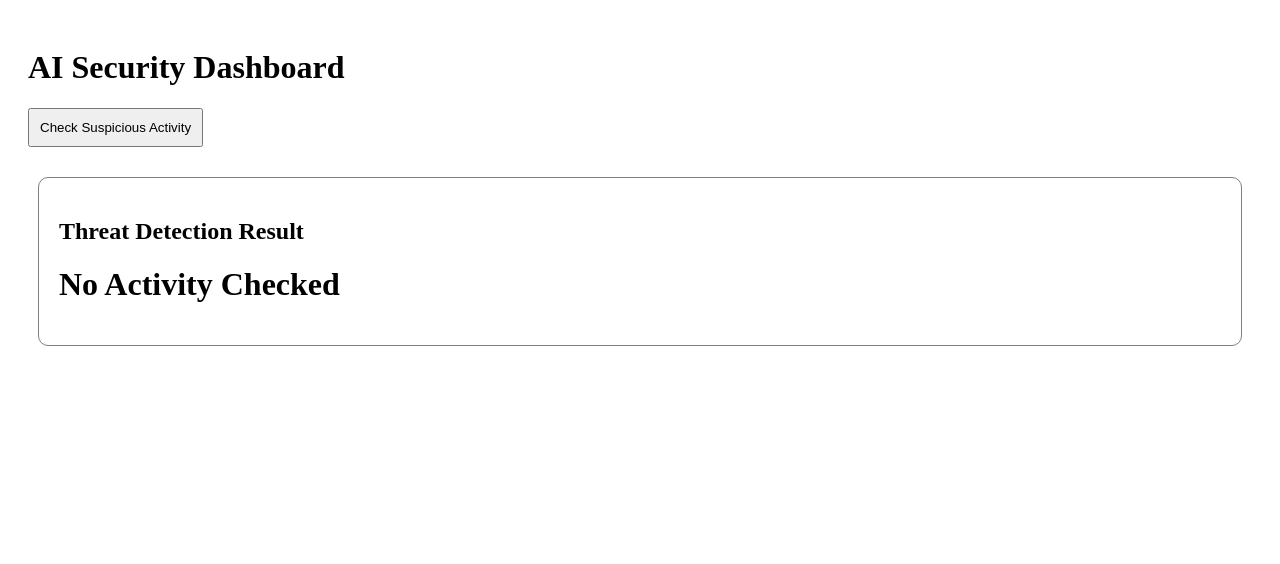
Repository: codelearnAayush/AI-Security-Monitoring-Platform
Page: /signup (app in frontend/)
An editor plug-in stored every save of this project. The page is shown before and after the next save, followed by the edit.
The browser window is 1280 px wide. The pictures show the whole page.
The project was rebuilt for these pictures with package versions that can differ from the ones it lists, and the page was loaded fresh each time. Also part of the build but not shown: frontend/vite.config.js, frontend/src/components/Dashboard.jsx.

Above is the page before, as saved 2026-05-27 14:22:01.

After the next save:
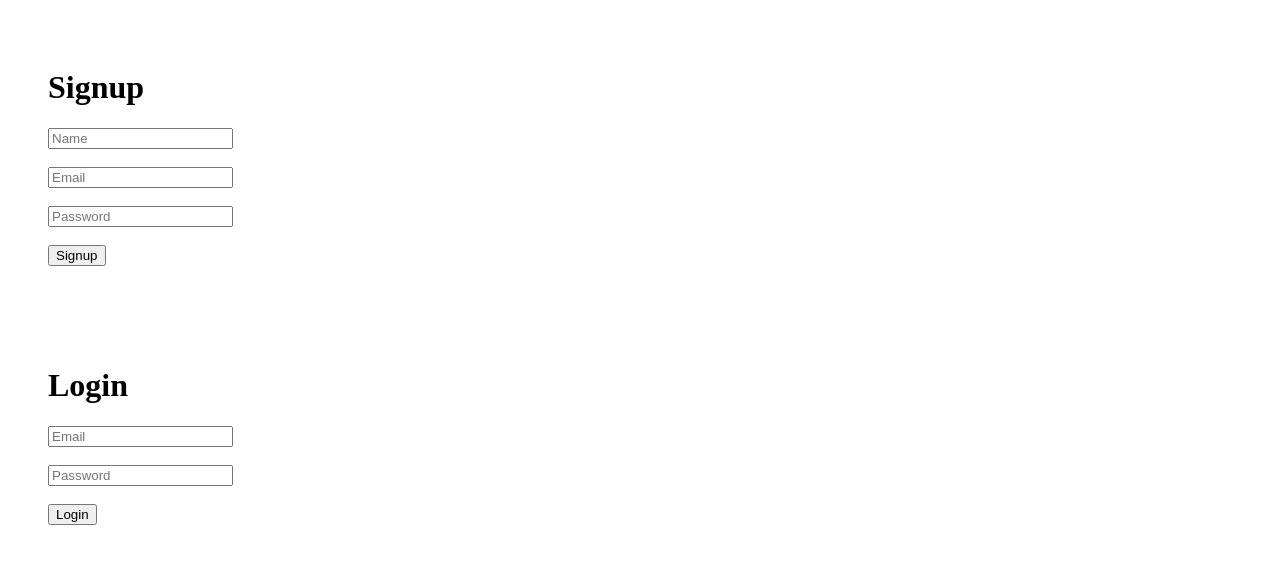
Saved 28 s later.
--- a/frontend/src/App.jsx
+++ b/frontend/src/App.jsx
@@ -1,9 +1,27 @@
-import Dashboard from './pages/Dashboard'
+import Login from './pages/Login'
+import Signup from './pages/Signup'
+import Dashboard from './components/Dashboard'
 
 function App() {
 
+    const token = localStorage.getItem('token')
+
     return (
-        <Dashboard />
+
+        <div>
+
+            {
+                token
+                ?
+                <Dashboard />
+                :
+                <div>
+                    <Signup />
+                    <Login />
+                </div>
+            }
+
+        </div>
     )
 }
 
